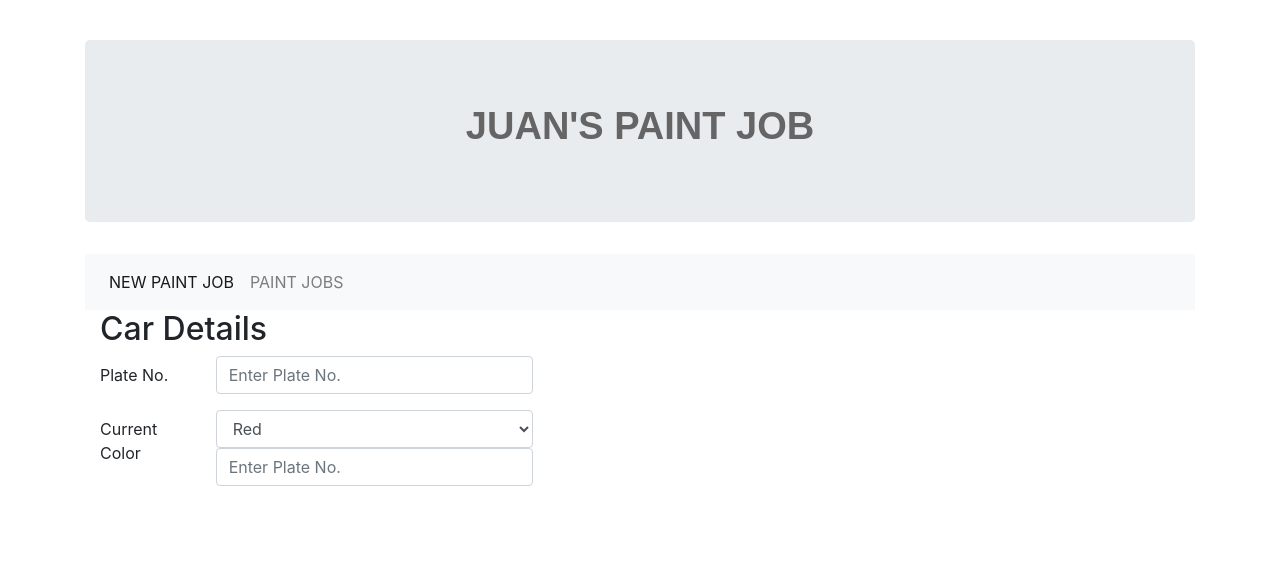
Repository: soycaringal/paint-job
Page: resources/views/welcome.blade.php
An editor plug-in stored every save of this project. The page is shown before and after the next save, followed by the edit.
The browser window is 1280 px wide. The pictures show the whole page.
The page is served by the project's Laravel application, run on PHP 8.4 with Laravel 8. Other server files are loaded and not shown. The template is opened directly, without the code that normally fills it, so the values that code supplies are empty.

Above is the page before, as saved 2020-02-21 22:37:22.

### resources/views/welcome.blade.php
<!DOCTYPE html>
<html lang="{{ str_replace('_', '-', app()->getLocale()) }}">
    <head>
        <meta charset="utf-8">
        <meta name="viewport" content="width=device-width, initial-scale=1">

        <title>Laravel</title>

        <!-- Fonts -->
        <link href="https://fonts.googleapis.com/css?family=Nunito:200,600" rel="stylesheet">
        <link rel="stylesheet" href="https://stackpath.bootstrapcdn.com/bootstrap/4.1.3/css/bootstrap.min.css" integrity="sha384-MCw98/SFnGE8fJT3GXwEOngsV7Zt27NXFoaoApmYm81iuXoPkFOJwJ8ERdknLPMO" crossorigin="anonymous">
        <script src="https://code.jquery.com/jquery-3.3.1.slim.min.js" integrity="sha384-q8i/X+965DzO0rT7abK41JStQIAqVgRVzpbzo5smXKp4YfRvH+8abtTE1Pi6jizo" crossorigin="anonymous"></script>
        <script src="https://cdnjs.cloudflare.com/ajax/libs/popper.js/1.14.3/umd/popper.min.js" integrity="sha384-ZMP7rVo3mIykV+2+9J3UJ46jBk0WLaUAdn689aCwoqbBJiSnjAK/l8WvCWPIPm49" crossorigin="anonymous"></script>
        <script src="https://stackpath.bootstrapcdn.com/bootstrap/4.1.3/js/bootstrap.min.js" integrity="sha384-ChfqqxuZUCnJSK3+MXmPNIyE6ZbWh2IMqE241rYiqJxyMiZ6OW/JmZQ5stwEULTy" crossorigin="anonymous"></script>
        <link href="/css/main.css" rel="stylesheet">
    </head>
    <body>
        <div class="container">
            <header>
                <div class="jumbotron text-center">
                    <h1>Juan's Paint Job</h1>
                </div>
                <nav class="navbar navbar-expand-lg navbar-light bg-light">
                    <div class="collapse navbar-collapse" id="navbarText">
                        <ul class="navbar-nav mr-auto">
                            <li class="nav-item active">
                                <a class="nav-link" href="/">NEW PAINT JOB</a>
                            </li>
                            <li class="nav-item">
                                <a class="nav-link" href="/jobs">PAINT JOBS</a>
                            </li>
                            </li>
                        </ul>
                    </div>
                </nav>
            </header>


            <main>
                <section class="col-5">
                    <h2>Car Details</h2>
                    <div class="form-group row">
                        <label class="col-3 col-form-label">Plate No.</label>
                        <div class="col-9">
                            <input type="text" name="car_plate_no" class="form-control" placeholder="Enter Plate No.">
                        </div>
                    </div>
                    <div class="form-group row">
                        <label class="col-3 col-form-label">Current Color</label>
                        <div class="col-9">
                            <select name="car_current_color"class="form-control">
                                <option value="red">Red</option>
                                <option value="green">Green</option>
                                <option value="blue">Blue</option>
                            </select>
                            <input type="text" class="form-control" placeholder="Enter Plate No.">
                        </div>
                    </div>
                </section>
            </main>

        </div>
    </body>
</html>

### public/css/main.css
header {
    margin-top: 40px;
}

header h1 {
    font-family: 'arial';
    font-weight: bold;
    font-size: 38px;
    text-transform: uppercase;
    color: #656565;
}

.navbar {
    /* background-color: #e9695b; */
}

Loaded but not shown: routes/web.php (common file)

After the next save:
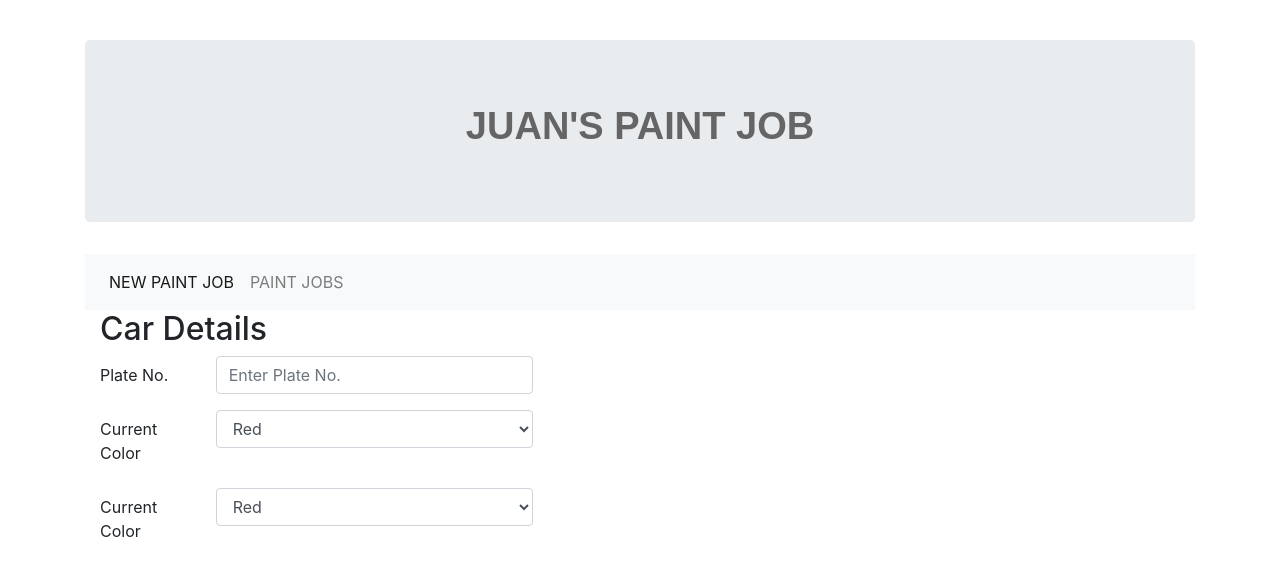
Saved 11 s later.
--- a/resources/views/welcome.blade.php
+++ b/resources/views/welcome.blade.php
@@ -53,7 +53,16 @@
                                 <option value="green">Green</option>
                                 <option value="blue">Blue</option>
                             </select>
-                            <input type="text" class="form-control" placeholder="Enter Plate No.">
+                        </div>
+                    </div>
+                    <div class="form-group row">
+                        <label class="col-3 col-form-label">Current Color</label>
+                        <div class="col-9">
+                            <select name="car_current_color"class="form-control">
+                                <option value="red">Red</option>
+                                <option value="green">Green</option>
+                                <option value="blue">Blue</option>
+                            </select>
                         </div>
                     </div>
                 </section>
